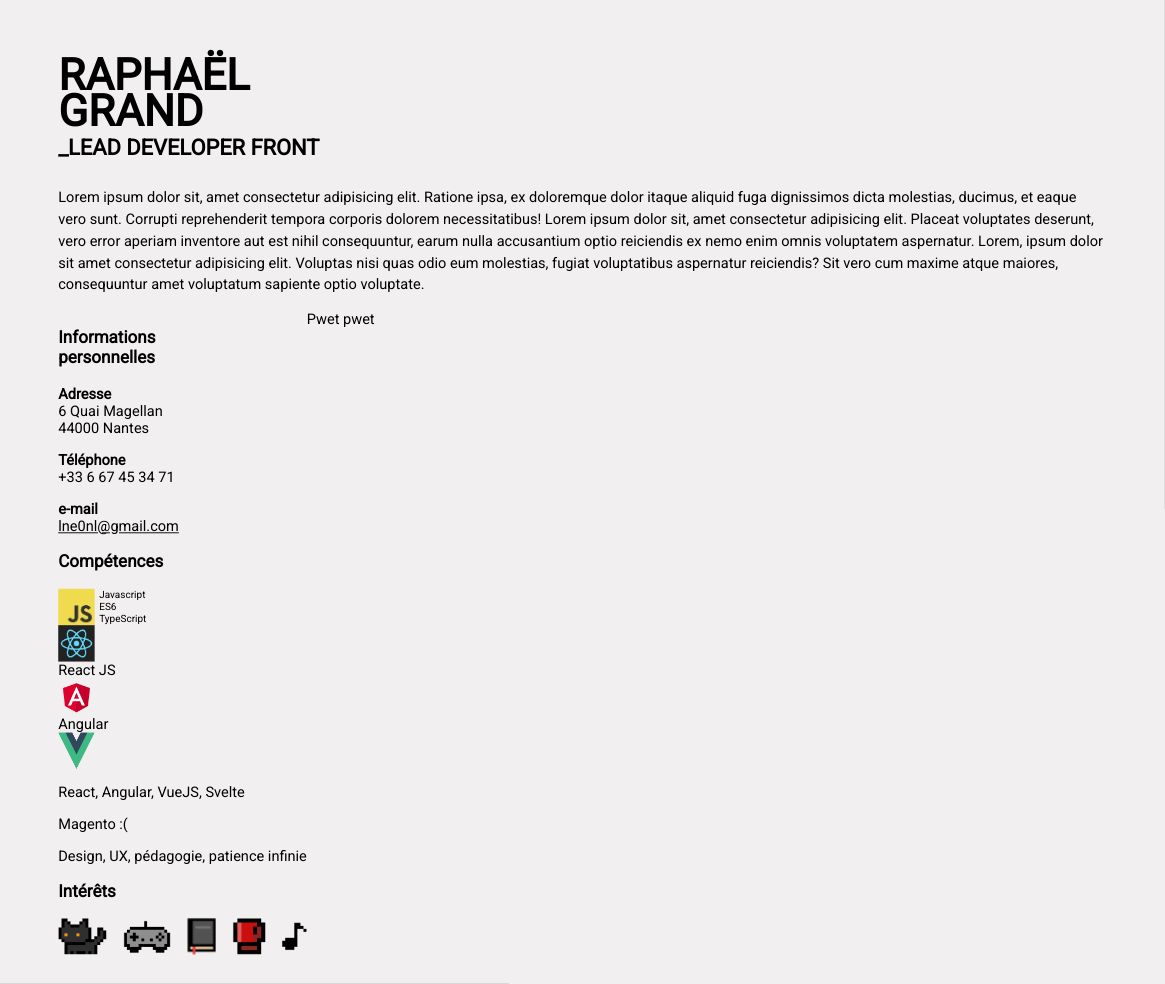
Repository: lne0nl/resume
Page: index.html
An editor plug-in stored every save of this project. The page is shown before and after a run of saves, followed by the edit.
The browser window is 1280 px wide. The pictures show the whole page, at 91% of full size.

Above is the page before, as saved 2021-12-10 11:27:43.

After the next 2 saves:
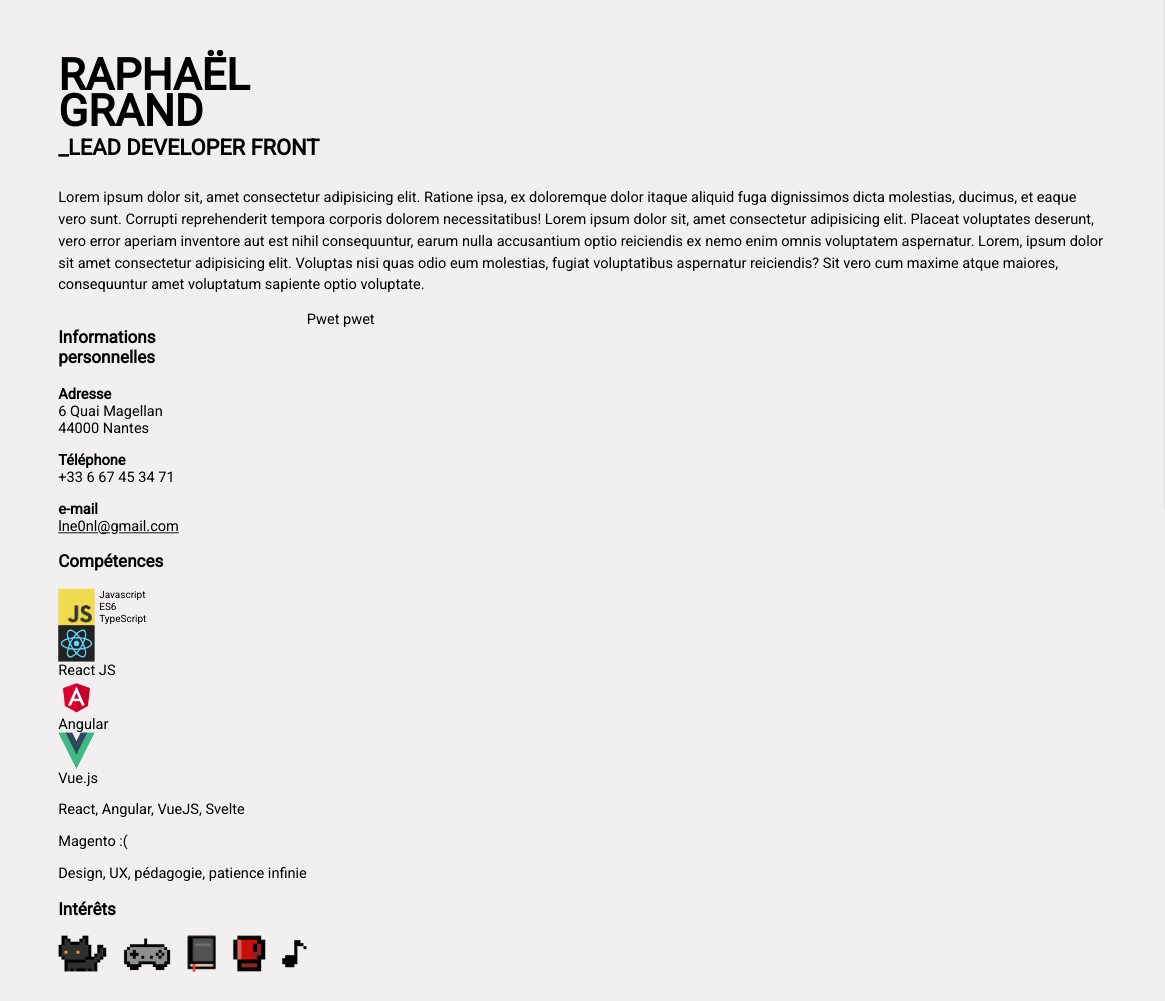
The 2 saves are shown as one change because they came seconds apart.
The last was saved 8 s later.
--- a/index.html
+++ b/index.html
@@ -61,7 +61,8 @@
             React JS
             <img class="logo" src="images/angular.png" alt="Angular" title="Angular">
             Angular
-            <img class="logo" src="images/vue.png" alt="Vue.hs"
+            <img class="logo" src="images/vue.png" alt="Vue.hs" title="Vue.js">
+            Vue.js
           </div>
           <ul>
             <li>
